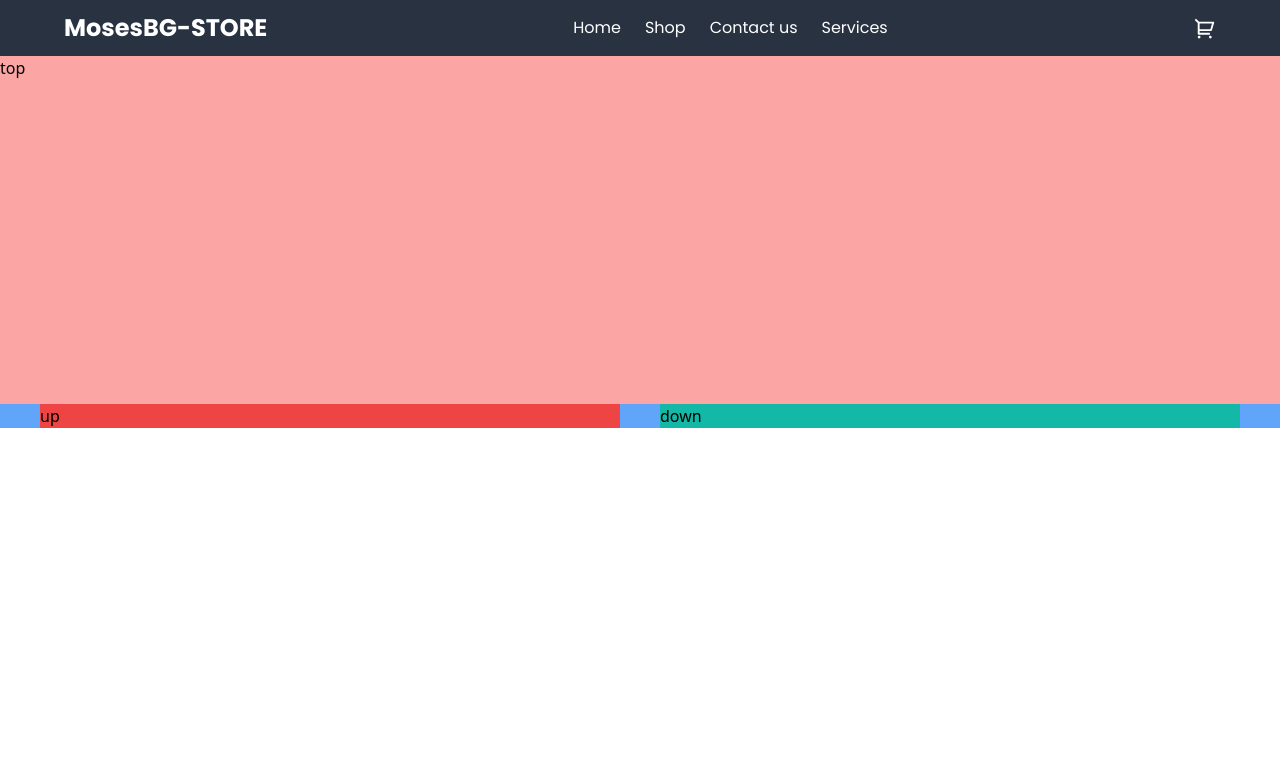
Repository: moshebengan/cart
Page: /fake-store/contact-us
These files come from the project's save history. The page is drawn as it stood at one moment and after the next save; the edit follows.
The browser window is 1280 px wide. The pictures show the whole page.
The project was rebuilt for these pictures with package versions that can differ from the ones it lists, and the page was loaded fresh each time. Also part of the build but not shown: vite.config.js, src/components/Error.jsx, src/utils/data.js, src/utils/apiCalls.js, src/components/Loading.jsx, src/components/Products.jsx, src/components/Footer.jsx, src/pages/HomePage.jsx and 5 more.

Above is the page before, as saved 2024-09-15 15:24:11.

### index.html
<!DOCTYPE html>
<html lang="en">
  <head>
    <meta charset="UTF-8" />
    <link rel="icon" type="image/svg+xml" href="/vite.svg" />
    <meta name="viewport" content="width=device-width, initial-scale=1.0" />
    <link rel="preconnect" href="https://fonts.googleapis.com" />
    <link rel="preconnect" href="https://fonts.gstatic.com" crossorigin />
    <link
      href="https://fonts.googleapis.com/css2?family=Poppins:ital,wght@0,100;0,200;0,300;0,400;0,500;0,600;0,700;0,800;0,900;1,100;1,200;1,300;1,400;1,500;1,600;1,700;1,800;1,900&display=swap"
      rel="stylesheet"
    />
    <title>MosesBG-SHOP</title>
  </head>
  <body>
    <div id="root"></div>
    <script type="module" src="/src/main.jsx"></script>
  </body>
</html>

### src/main.jsx
import { StrictMode } from 'react'
import { createRoot } from 'react-dom/client'

import './index.css'
import { createBrowserRouter, RouterProvider } from 'react-router-dom'
import routes from './routes.jsx'

const router = createBrowserRouter(routes)

createRoot(document.getElementById('root')).render(
  <StrictMode>
    <RouterProvider router={router} />
  </StrictMode>,
)

### src/index.css
@tailwind base;
@tailwind components;
@tailwind utilities;

body,
html {
  height: 100%;
  width: 100%;
}

.container {
  width: 90%;
  margin: auto;
}

### src/routes.jsx
import Error from "./components/Error";
import ContactUs from "./pages/ContactUs";
import HomePage from "./pages/HomePage";
import MyCart from "./pages/MyCart";
import NavigationBar from "./pages/NavigationBar";
import ShopPage from "./pages/ShopPage";


const routes = [
	{
		path: '/fake-store',
		element: <NavigationBar />,
		children: [
			{
				path:"home",
				element:<HomePage/>,
				errorElement: <Error/>
			},
			{ 	path: 'shop',
				 	element: <ShopPage />,
					errorElement: <Error/>

			},
			{
				path: 'cart',
				element: <MyCart />,
				errorElement: <Error/>
			},
			{
				path:'contact-us',
				element: <ContactUs/>,
				errorElement: <Error />
			}
		]

	},

];

export default routes

### src/pages/ContactUs.jsx


const ContactUs = () => {
  return (
    <div className="w-full h-screen flex flex-col relative">
      <div className="w-full flex-1 bg-red-300">top</div>
      <div className="w-full flex-2 bg-blue-400  flex flex-row justify-evenly items-center gap-10">
        <div className="ml-10 flex-1 h-full bg-red-500" >up</div>
        <div className=" mr-10 flex-1 h-full bg-teal-500">down</div>
        {/* <div className="absolute -top-10 left-10 bg-yellow-300 flex-initial w-64">left</div>
        <div className="absolute -top-10 right-10 bg-pink-400 flex-initial w-32 ">right</div> */}
      </div>
      <div className="bg-white flex-1"></div>
    </div>
  )
}

export default ContactUs

### src/pages/NavigationBar.jsx
import { useState } from "react";
import { Link, Outlet } from "react-router-dom";
import { IoMdMenu, IoMdClose } from "react-icons/io";
import Cart from "../components/Cart";

const NavigationBar = () => {
  const [isOpen, setIsOpen] = useState(false);
  const [cartItems, setCartItems] = useState(0);

  const openNav = () => {
    setIsOpen(!isOpen);
  };

  const resetNav = () => {
    if (isOpen) setIsOpen(!isOpen);
  };

  return (
    <>
      <div className="w-full bg-dark-blue font-poppins">
        <div className="container">
          <nav className="py-3 flex justify-between items-center text-white">
            <h1 className="font-bold text-2xl">MosesBG-STORE</h1>
            <div className="hidden md:flex gap-6">
              <Link to={"/fake-store/home"}>Home</Link>
              <Link to={"/fake-store/shop"}>Shop</Link>
              <Link to={"/fake-store/contact-us"}>Contact us</Link>
              <Link>Services</Link>
            </div>
            <div className="flex flex-row items-center gap-5">
              <Cart resetNav={resetNav} items={cartItems} />
              <div className="z-50 md:hidden">
                <button className="flex items-center">
                  {isOpen ? (
                    <IoMdClose className="p1" onClick={openNav} />
                  ) : (
                    <IoMdMenu className="p1" onClick={openNav} />
                  )}
                </button>
              </div>
            </div>
          </nav>
          <div
            className={`container text-dark-blue ${
              isOpen ? "block" : "hidden"
            } `}
          >
            <div className="z-40 fixed top-0 left-0 bottom-0 w-full bg-dark-blu opacity-35"></div>
            <nav className="z-50 fixed top-0 left-0 bottom-0 flex flex-col gap-10 w-5/6 max-w-sm py-6 px-6 bg-[#F8F8F8] overflow-y-auto">
              <div>
                <h1 className="font-bold text-3xl">MosesBG-SHOP</h1>
                <hr className="h-px mt-3 bg-gray-200 border-0" />
              </div>
              <div className="flex flex-col gap-5">
                <Link
                  to={"/fake-store"}
                  className="nav-item-hover"
                  onClick={resetNav}
                >
                  Home
                </Link>
                <Link
                  to={"/fake-store/shop"}
                  className="nav-item-hover"
                  onClick={resetNav}
                >
                  Shop
                </Link>
                <Link className="nav-item-hover">Contact Us</Link>
                <Link className="nav-item-hover">Services</Link>
                <hr className="h-px mt-3 bg-gray-200 border-0" />
              </div>
            </nav>
          </div>
        </div>
      </div>
      <div className="h-screen w-auto">
        <Outlet context={[cartItems, setCartItems]} />
      </div>
    </>
  );
};

export default NavigationBar;

### src/components/Cart.jsx
import { RiShoppingCart2Line } from "react-icons/ri";
import { Link } from "react-router-dom";

const Cart = ({ resetNav, items }) => {
  return (
    <Link to={"/fake-store/cart"} onClick={resetNav}>
      <div className="relative">
        <RiShoppingCart2Line size={"1.4em"} />
        <span className="absolute text-xs bg-orange-500 p-0.3 px-1 text-red-50 rounded-full -top-1.5 left-4">
          {items > 0 ? items : ""}
        </span>
      </div>
    </Link>
  );
};

export default Cart;

### tailwind.config.js
/** @type {import('tailwindcss').Config} */
export default {
  content: [
    "./index.html",
    "./src/**/*.{js,ts,jsx,tsx}",
  ],
  theme: {
    fontFamily: {
      poppins: ["Poppins", "sans-serif"]
    },
    extend: {
      backgroundImage: {
        "homepage-image": "url('/public/bghomepage.jpg')",
        "homepage-darker": "url('/public/darkerbg.jpg')"
      },
      colors: {
      "dark-blue": "#293241"
    },
    keyframes: {
      'fade-in-out': {
        '0%': { opacity: '0', transform: 'scale(0.95)' },
        '100%': { opacity: '1', transform: 'scale(1)' },
      },
    },
    animation: {
      'fade-in-out': 'fade-in-out 0.5s ease-in-out', // Customize duration and easing
    },
  }
  },
  plugins: [],
}

After the next save:
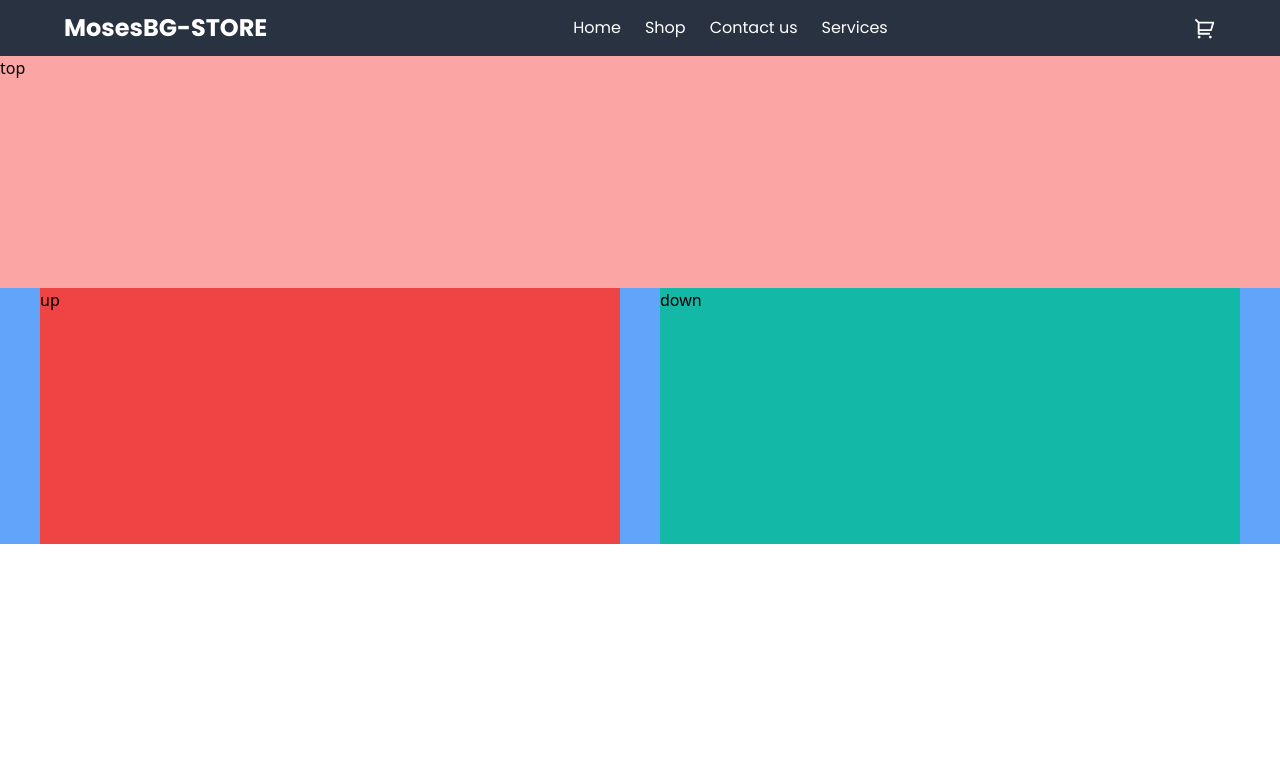
Saved 65 s later.
--- a/src/pages/ContactUs.jsx
+++ b/src/pages/ContactUs.jsx
@@ -4,7 +4,7 @@ const ContactUs = () => {
   return (
     <div className="w-full h-screen flex flex-col relative">
       <div className="w-full flex-1 bg-red-300">top</div>
-      <div className="w-full flex-2 bg-blue-400  flex flex-row justify-evenly items-center gap-10">
+      <div className="w-full flex-auto bg-blue-400  flex flex-row justify-evenly items-center gap-10">
         <div className="ml-10 flex-1 h-full bg-red-500" >up</div>
         <div className=" mr-10 flex-1 h-full bg-teal-500">down</div>
         {/* <div className="absolute -top-10 left-10 bg-yellow-300 flex-initial w-64">left</div>
